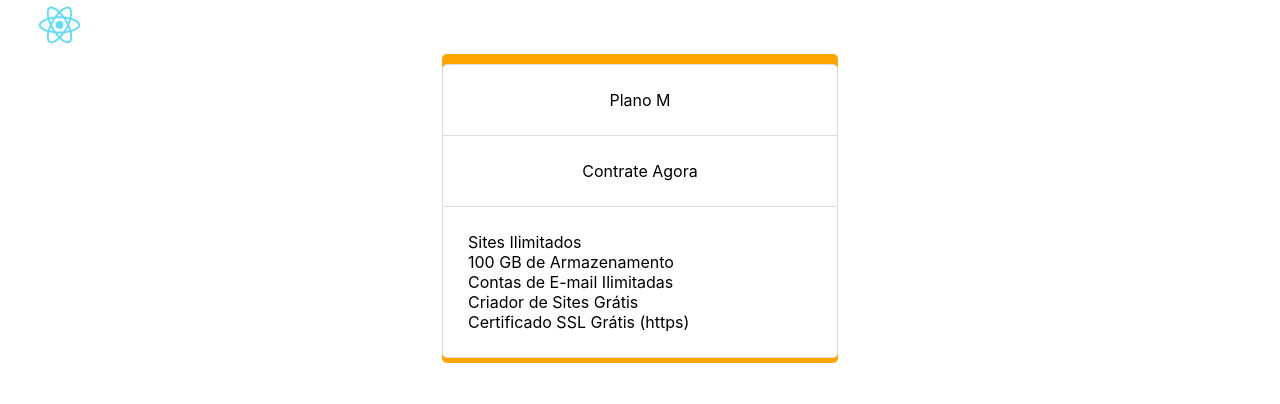
Repository: gatomazi/hostgatorFrontend
Page: /
An editor plug-in stored every save of this project. The page is shown before and after the next save, followed by the edit.
The browser window is 1280 px wide. The pictures show the whole page.
The project was rebuilt for these pictures with package versions that can differ from the ones it lists, and the page was loaded fresh each time.

Above is the page before, as saved 2020-01-24 11:15:46.

After the next save:
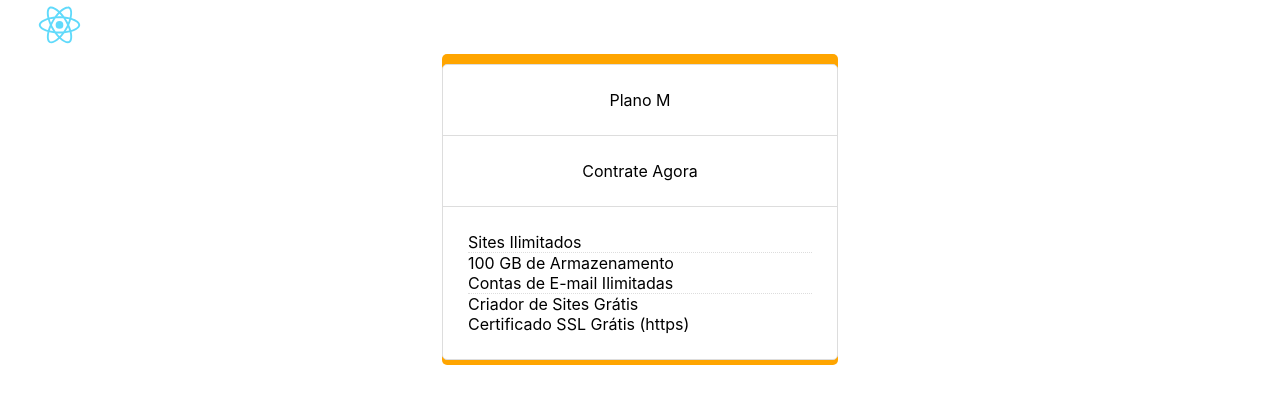
Saved 47 s later.
--- a/src/components/Plano.scss
+++ b/src/components/Plano.scss
@@ -18,6 +18,7 @@
     display: block;
     &:first-child,
     &:nth-child(3) {
+      border-bottom: dotted 0.8px #ddd;
     }
   }
 }
